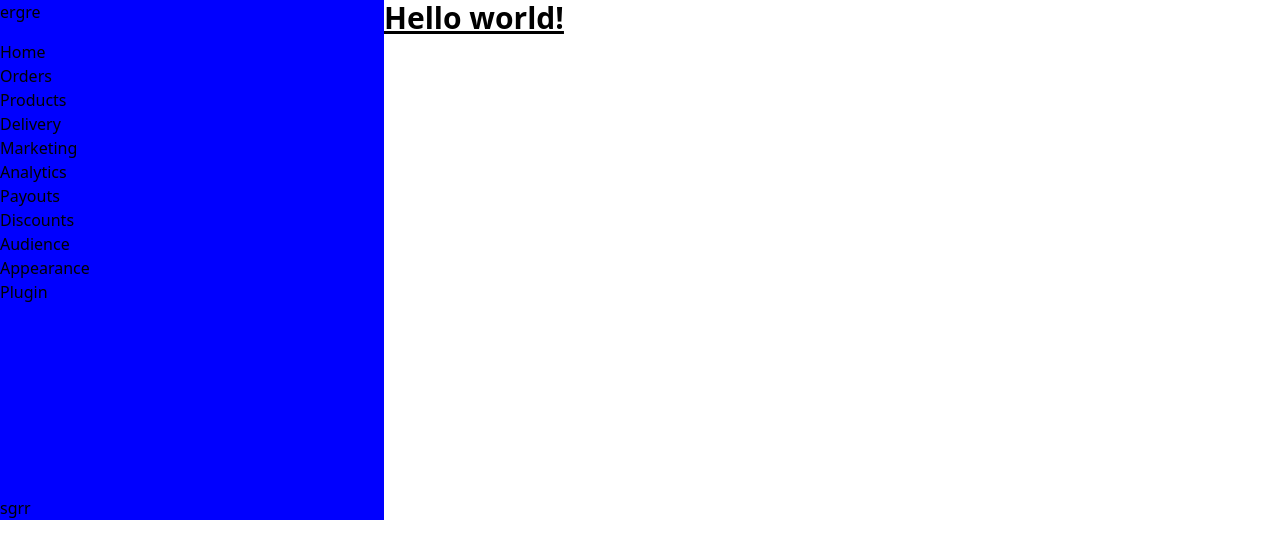
Repository: Yh010/dukaanDashboard
Page: /
These files come from the project's save history. The page is drawn as it stood at one moment and after the next save; the edit follows.
The browser window is 1280 px wide. The pictures show the whole page.
The project was rebuilt for these pictures with package versions that can differ from the ones it lists, and the page was loaded fresh each time. Also part of the build but not shown: vite.config.js, src/App.css.

Above is the page before, as saved 2024-01-21 11:57:25.

After the next save:
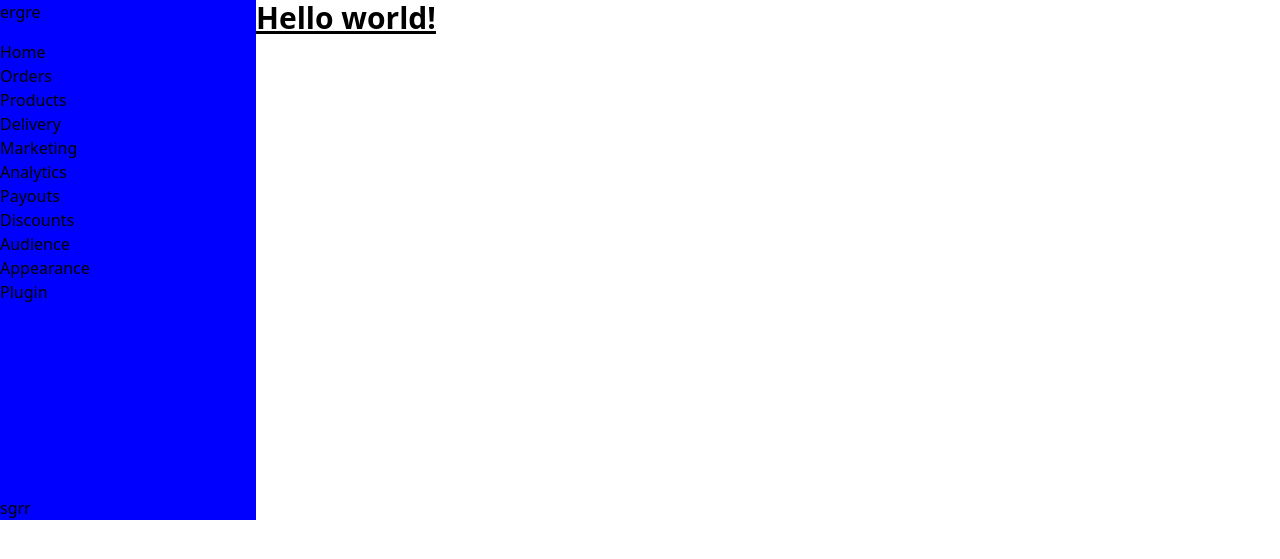
Saved 47 s later.
--- a/src/App.jsx
+++ b/src/App.jsx
@@ -9,7 +9,7 @@ function App() {
 
   return (
     <div className='grid grid-cols-10'>
-      <div className='col-span-3'>
+      <div className='col-span-2'>
          <SideNavBar/>
       </div>
 
